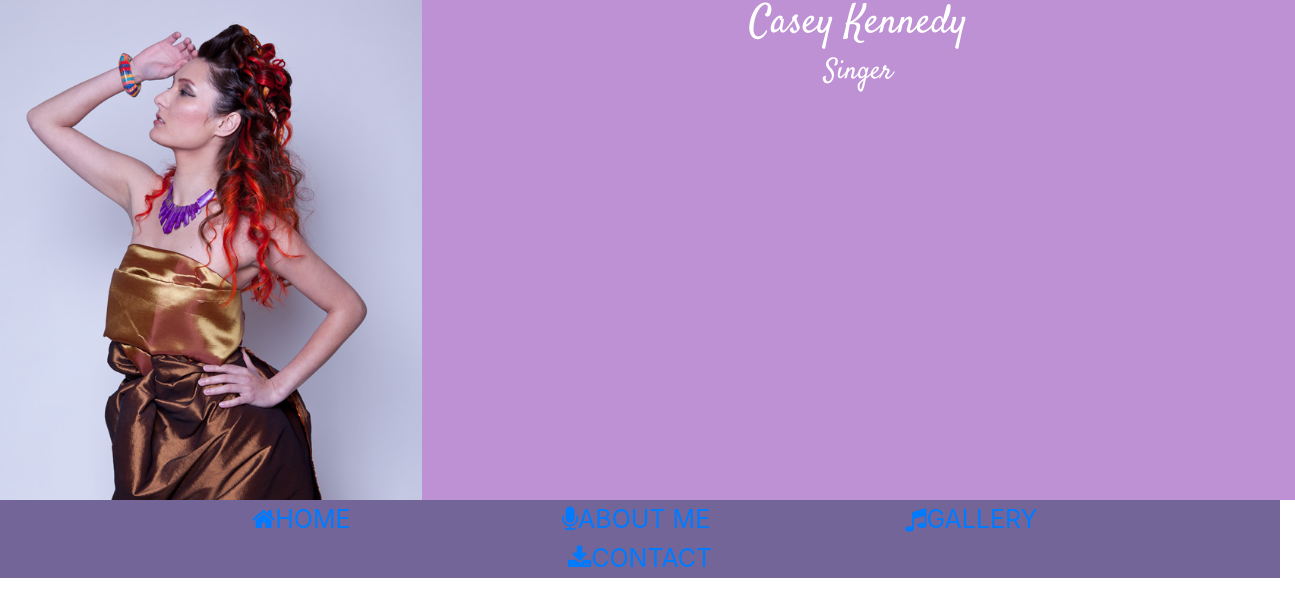
Repository: SheenaKennedy/Casey-Kennedy-s-Music-Page
Page: gallery.html
The author's editor kept a record of every edit. The page is drawn from the files as they stood at one moment, then again after the next edit.
The browser window is 1280 px wide. The page is 1295 px wide, so the pictures cover 1295 px, including what lies to the right of the window. The pictures show the part of the page from y = 0 to 594 px (the page is 1236 px tall).
Pictures or frames that could not be fetched are drawn as grey boxes.

Above is the page before.

### gallery.html
<!DOCTYPE html>
<html lang="en">
<head>
    <meta charset="UTF-8">
    <meta name="viewport" content="width=device-width, initial-scale=1.0">
    <meta http-equiv="X-UA-Compatible" content="ie=edge">
    <link href="https://fonts.googleapis.com/css?family=Satisfy&display=swap" rel="stylesheet">
    <link rel="stylesheet" href="https://stackpath.bootstrapcdn.com/bootstrap/4.3.1/css/bootstrap.min.css" type="text/css" />
    <link rel="stylesheet" href="https://stackpath.bootstrapcdn.com/font-awesome/4.7.0/css/font-awesome.min.css" type="text/css" />
    <link rel="stylesheet" href="https://cdnjs.cloudflare.com/ajax/libs/hover.css/2.3.1/css/hover-min.css" type="text/css" />
    <link rel="stylesheet" href="assets/css/style.css">
    <title>Casey</title>
</head>
<body>
    <header>
        <div class="row">
            <a class="col-md-4 headshot" href="gallery.html"></a>
            <div class="col-md-8 heading">
                <h1>Casey Kennedy</h1>
                <h3>Singer</h3>
            </div>
        </div>
        <div class="row">
             <div class="col menu">
                 <ul id="nav" class="list-inline menucontainer">
                    <li class="col-6 col-sm-3 ui-menu-color-home list-inline-item menuitem">
                    <a href="overview.html" class="hvr-grow-shadow"><i class="fa fa-home" aria-hidden="true"></i><span>Home</span></a>
                    </li>

                    <li class="col-6 col-sm-3 ui-menu-color-resumé list-inline-item menuitem">
                    <a href="about-me.html" class="hvr-grow-shadow"><i class="fa fa-microphone" aria-hidden="true"></i><span>About Me</span></a>
                    </li>

                    <li class="col-6 col-sm-3 ui-menu-color-contact list-inline-item menuitem">
                    <a href="gallery.html" class="hvr-grow-shadow"><i class="fa fa-music" aria-hidden="true"></i><span>Gallery</span></a>
                    </li>

                    <li class="col-6 col-sm-3 ui-menu-color-download list-inline-item menuitem">
                    <a href="contact.html" class="hvr-grow-shadow"><i class="fa fa-download" aria-hidden="true"></i><span>Contact</span></a>
                    </li>
                </ul>
                </ul>
            </div>
        </div>
    </header>

    <section>
        <iframe width="420" height="315" src="https://youtu.be/Fou1PzGqoto">
            Poker Face at Cancer Benefit Concert (San Francisco, California)
        </iframe>

        <iframe width="420" height="315" src="https://youtu.be/TtiqbPUFAsE">
            TV snippets from time on Master Showman's "Walang Tulugan", a nightly variety show on the GMA network in the Philippines
        </iframe>

        <iframe width="420" height="315" src="https://youtu.be/SqTWjXPs5d4">
            More snippets as VJ for Master Showman's MMV segment
        </iframe>

        <iframe width="420" height="315" src="">
            Commercial aired on MTV Asia
        </iframe>

    </section>

    <footer>
    </footer>
</body>
</html>

### assets/css/style.css
/* ---------------------------------------------------------------Colors */



/* ---------------------------------------------------------------Heading */

header {
    margin: 0;
}

.heading {
    background-color: rgba(190, 144, 212,1);
    margin-left: 0px;
    font-family: 'Satisfy', cursive;
    color: white;
    text-align: center;
    vertical-align: middle;
    font-weight: 300;
    font-size: 75px;
    margin-top: 0px;
}

.headshot {
    background: url("../images/Entertainment3.jpg");
    background-position: center;
    background-repeat: no-repeat;
    background-size: cover;
    min-height: 500px;
    transition: all .5s ease-in-out;
    -moz-transition: all .5s ease-in-out;
    -webkit-transition: all .5s ease-in-out;
}

/* ---------------------------------------------------------------Menu */

.menucontainer {
    background-color: rgba(115, 101, 152, 1);
    text-align: center;
    font-size: 25px;
    text-decoration: none;
    text-transform: uppercase;

}

.menuitem {
    color: white;

}

After the next edit:
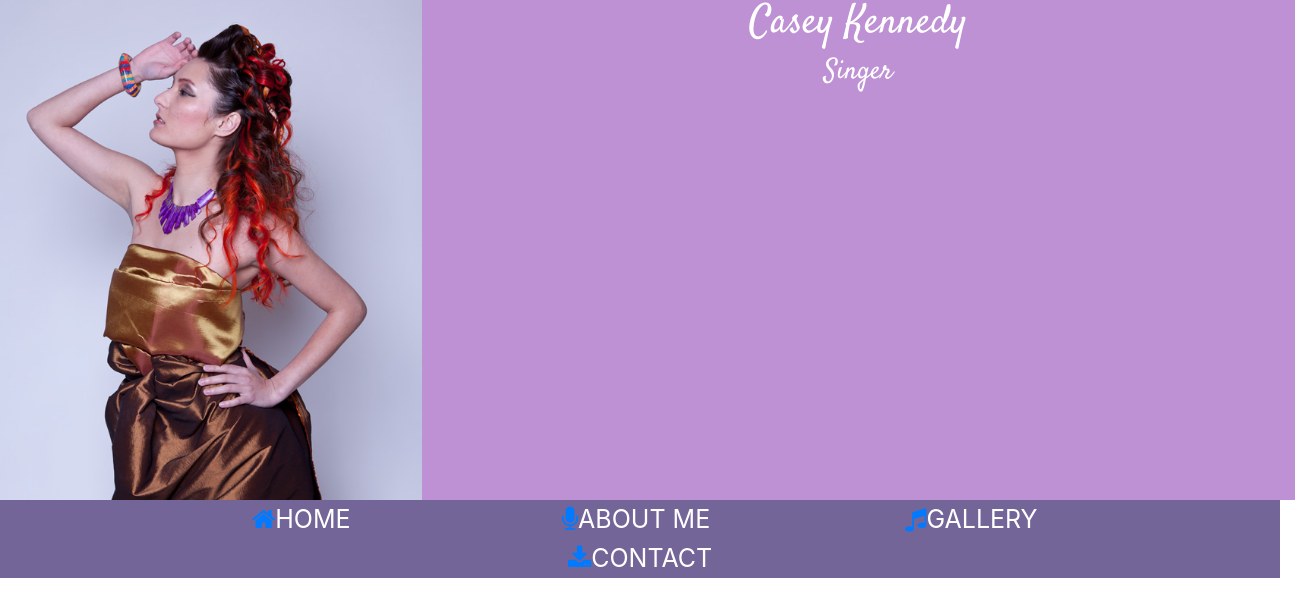
The edit:
--- a/assets/css/style.css
+++ b/assets/css/style.css
@@ -42,6 +42,10 @@
 
 }
 
+span {
+    color: white;
+}
+
 .menuitem {
     color: white;
 
